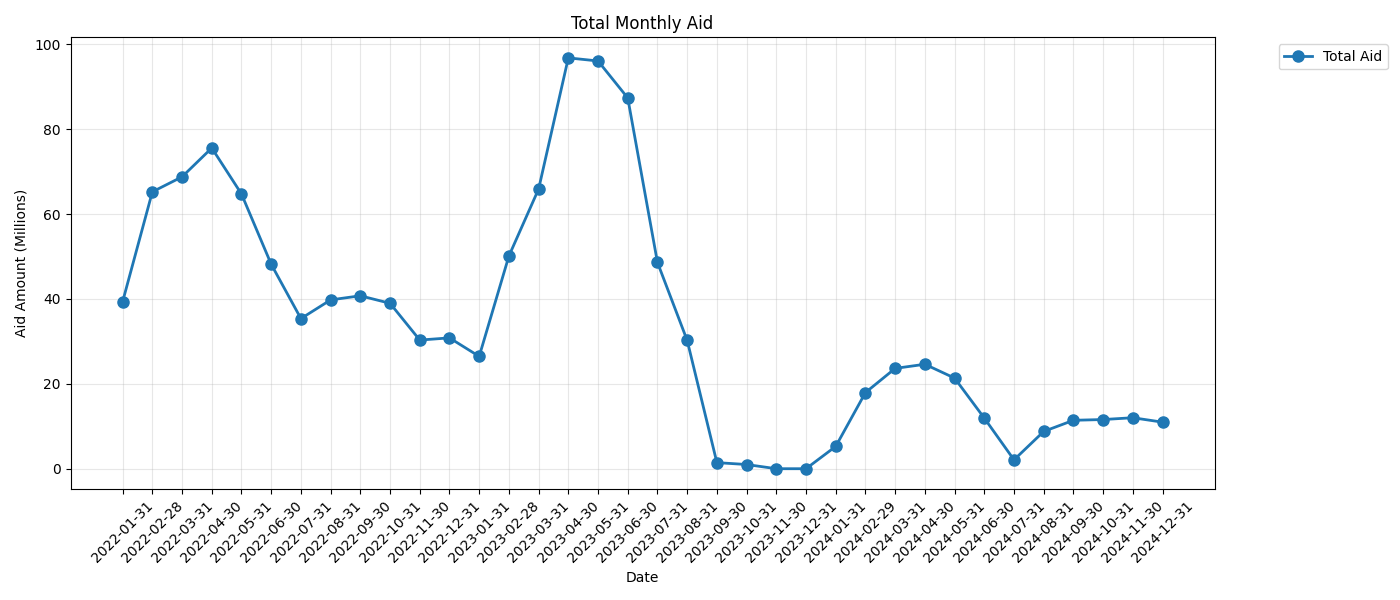
Repository: senapol/ADS
Script's output: python militaryaidstracker/aidVisualisation.py
These files come from the project's save history. The script's output is drawn as it stood at one moment and after the next save; the edit follows.
Random numbers start from a fixed seed.

Above is the script's output before, as saved 2025-04-22 23:26:43.

After the next save:
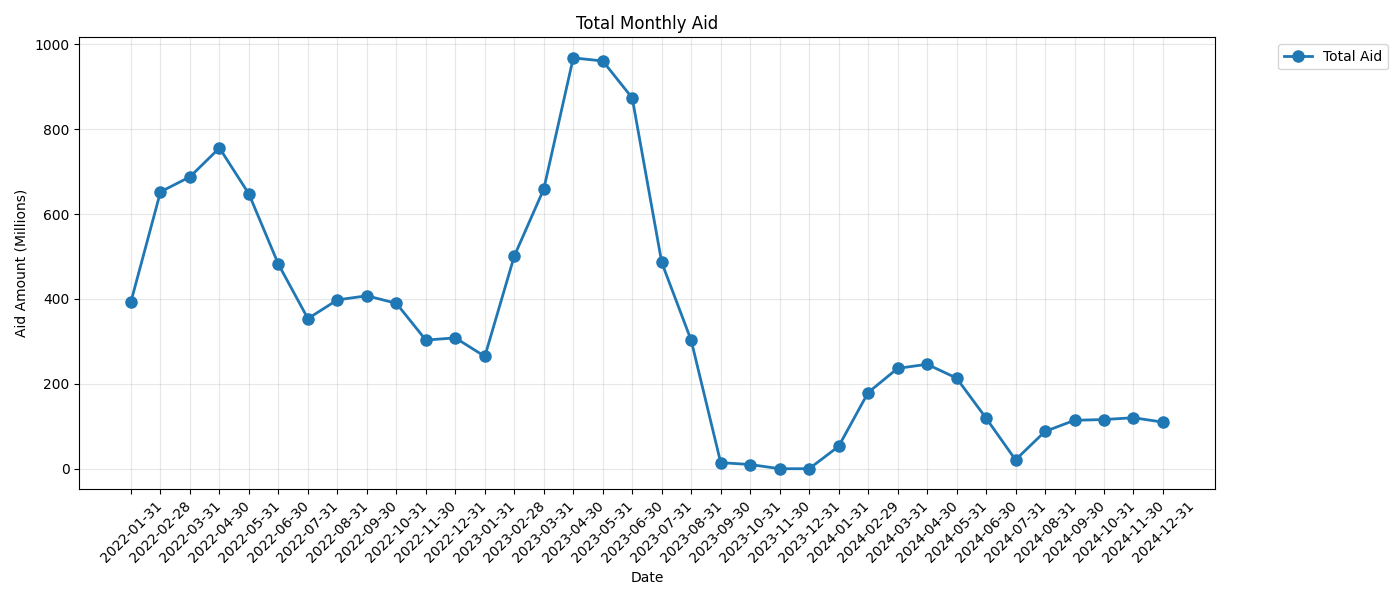
Saved 8 s later.
--- a/militaryaidstracker/aidVisualisation.py
+++ b/militaryaidstracker/aidVisualisation.py
@@ -23,7 +23,7 @@ plt.figure(figsize=(14, 6))
 #                 linewidth=2,
 #                 markersize=8)
 
-plt.plot(df['announcement_date'], df["Portable defence system"]/10000000,
+plt.plot(df['announcement_date'], df["Portable defence system"]/1000000,
             marker='o',
             label="Total Aid",
             linewidth=2,
